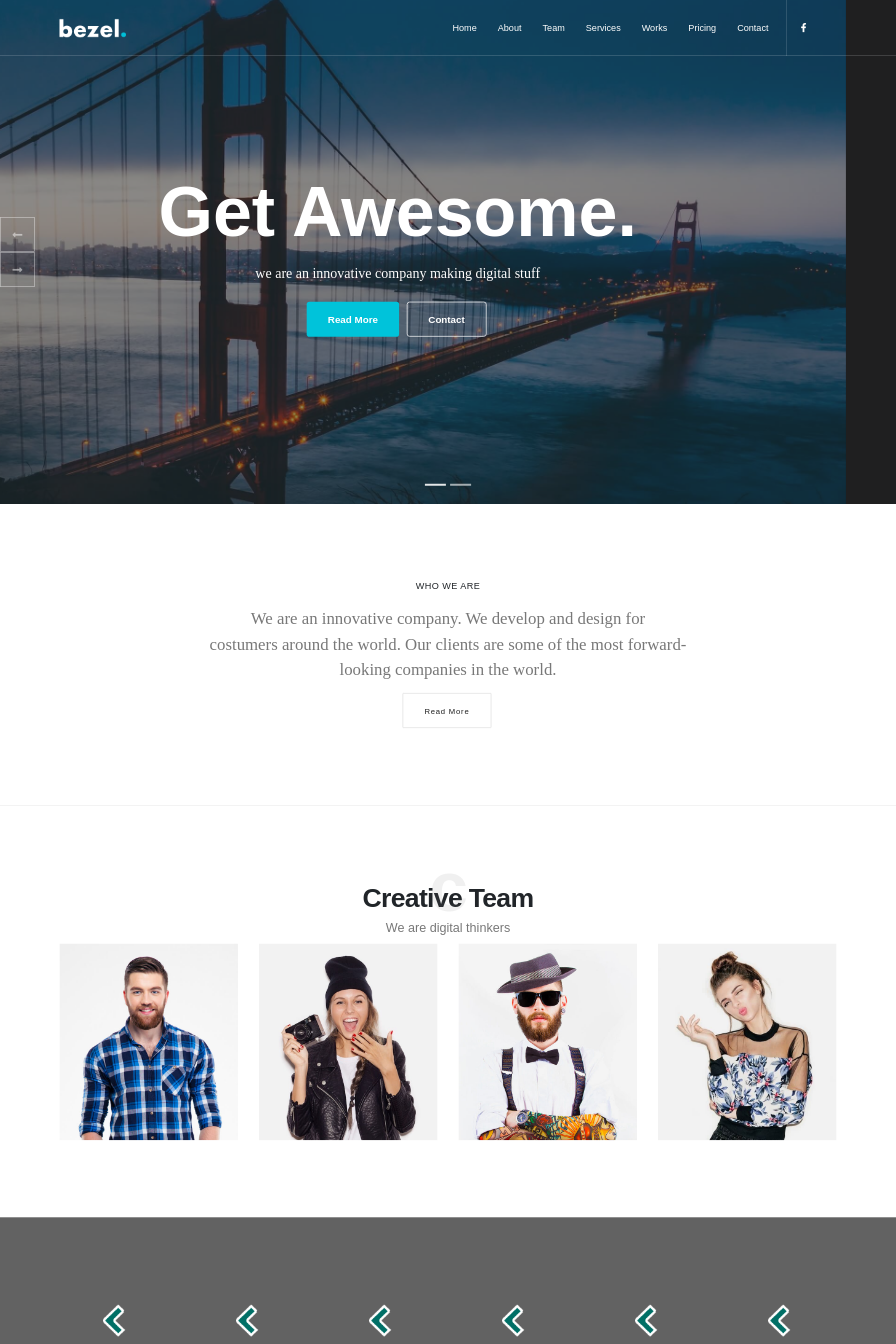
Repository: HodaHesham/BIZOL
Page: index.html
The author's editor kept a copy of each file at every save. The page is drawn from the files as they stood at one save, then again after the next save.
The browser window is 1280 px wide. The pictures show the part of the page from y = 0 to 1920 px (the page is 4765 px tall), at 70% of full size.

Above is the page before, as saved 2020-11-14 12:00:26.

After the next save:
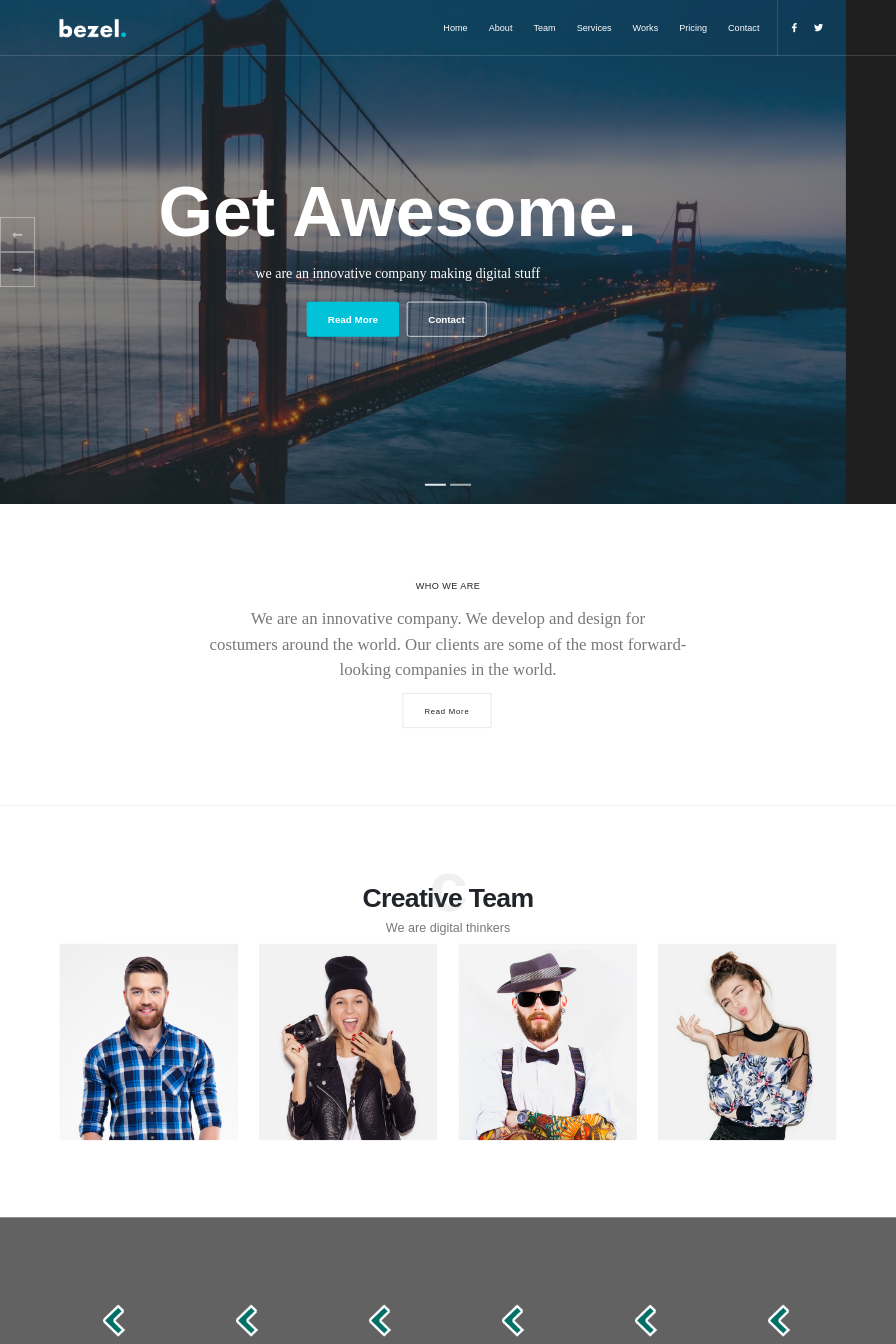
Saved 4 s later.
--- a/index.html
+++ b/index.html
@@ -30,7 +30,7 @@
                             <ul>
                                 <li><a target="_blank" href="#"><i class="fab fa-facebook-f"></i></a>
                                 </li>
-                                <li><a target="_blank" href="#"><i class="fab fa-tw"></i></a>
+                                <li><a target="_blank" href="#"><i class="fab fa-twitter"></i></a>
                                 </li>
                                 <li><a target="_blank" href="#"><i class="hc-instagram"></i></a>
                                 </li>
